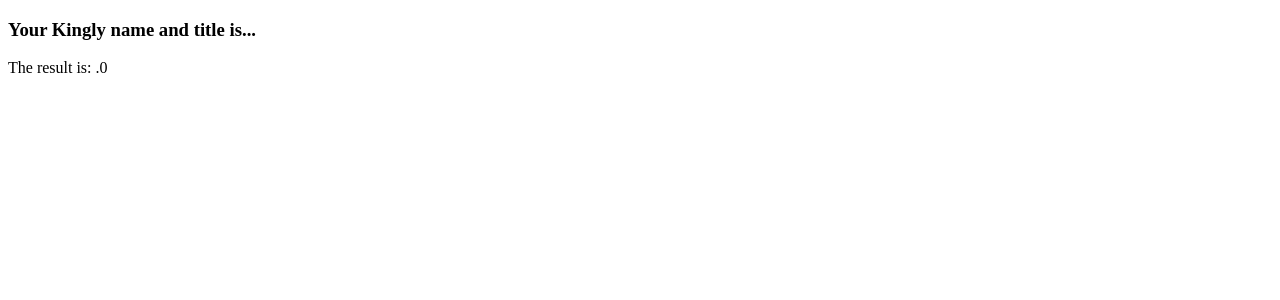
Repository: charlieactor/Skill-Distillery
Page: http://localhost/SpringMVCLab/view.jsp
The author's editor kept a copy of each file at every save. The page is drawn from the files as they stood at one save, then again after the next save.
The browser window is 1280 px wide. The pictures show the whole page.
The page is served by Tomcat 9.

Above is the page before, as saved 2017-07-13 17:22:31.

After the next save:
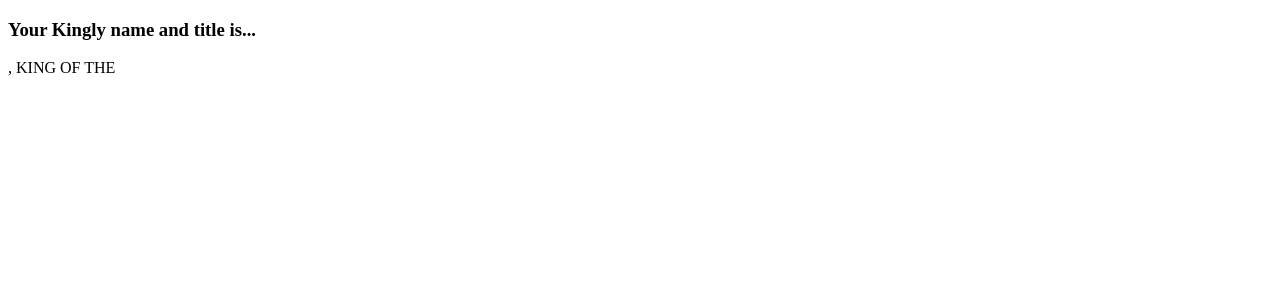
Saved 33 s later.
--- a/workspace/SpringMVCLab/WebContent/view.jsp
+++ b/workspace/SpringMVCLab/WebContent/view.jsp
@@ -9,6 +9,6 @@
   </head>
   <body>
   	<h3>Your Kingly name and title is...</h3>
-    <p>The result is: ${result}.0</p>
+    <p>${result}, KING OF THE </p>
   </body>
 </html>
